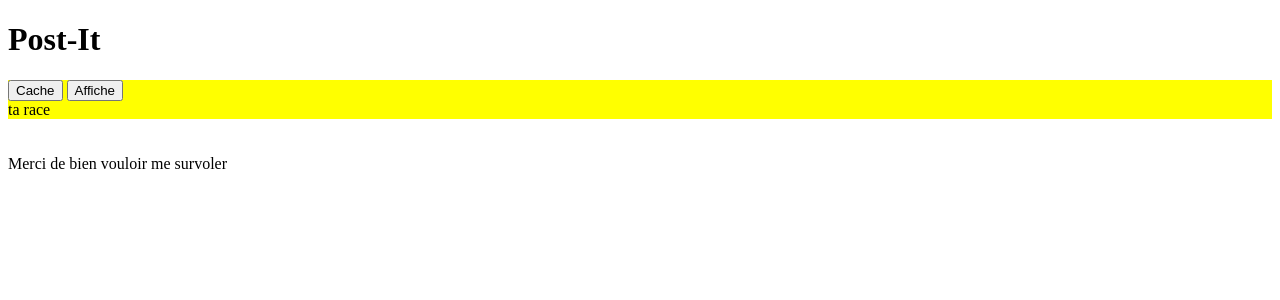
Repository: evalwebmeteofullstack/Gestion_meteo
Page: Notes/Cours + Exercices/Exercices/static/test/5em-code.html
These files come from the project's save history. The page is drawn as it stood at one moment and after the next save; the edit follows.
The browser window is 1280 px wide. The pictures show the whole page.

Above is the page before, as saved 2019-02-04 08:22:50.

### Notes/Cours + Exercices/Exercices/static/test/5em-code.html
<!DOCTYPE HTML>
<html>
<link rel="stylesheet" type="text/css" href="style5.css" />
<head>
</head>
<body>
	<h1>Post-It</h1>
	<div>
	<input type="button" name="butCache" id="butCach" value="Cache">
	<input type="button" name="butAfficher" id="butAf" value="Affiche">
	</div>
	<div id="postIt">ta race</div>
	<br>
	<br>
	<label>Merci de bien vouloir me survoler</label>
	<script src="test5.js"></script>
</body>
</html>

### Notes/Cours + Exercices/Exercices/static/test/style5.css
div{

	background-color: yellow;
}

Loaded but not shown: Notes/Cours + Exercices/Exercices/static/test/test5.js (no copy from this time; the picture is the same without it)

After the next save:
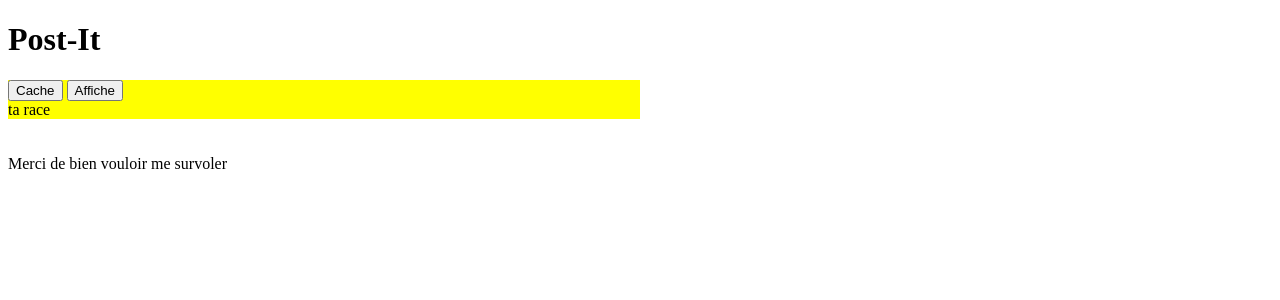
Saved 9 s later.
--- a/Notes/Cours + Exercices/Exercices/static/test/style5.css
+++ b/Notes/Cours + Exercices/Exercices/static/test/style5.css
@@ -1,4 +1,4 @@
 div{
-
+	width: 50%;
 	background-color: yellow;
 }
